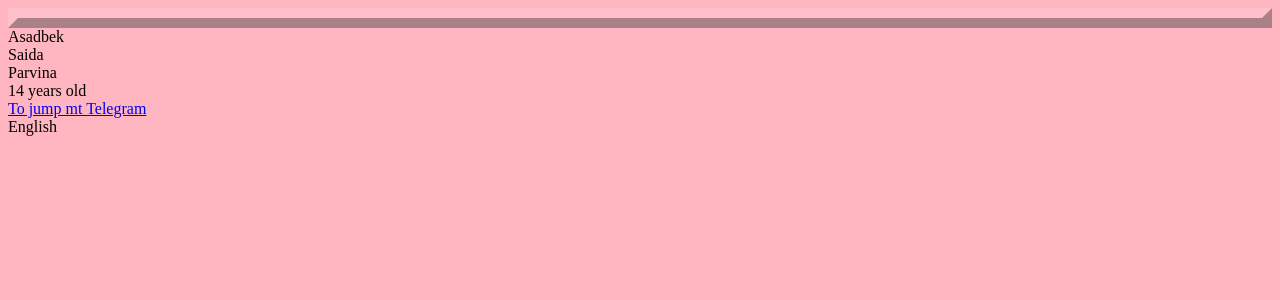
Repository: KHANas02/live-stream
Page: contact.html
The author's editor kept a copy of each file at every save. The page is drawn from the files as they stood at one save, then again after a run of saves.
The browser window is 1280 px wide. The pictures show the whole page.

Above is the page before, as saved 2024-03-25 07:46:34.

### contact.html
<!DOCTYPE html>
<html lang="en">
  <head>
    <meta charset="UTF-8" />
    <meta name="viewport" content="width=device-width, initial-scale=1.0" />
    <title>Contact with us</title>
    <link rel="stylesheet" href="./index.html" />
  </head>
  <style>
    body {
      background-color: lightpink;
    }
    .text {
      background-repeat: no-repeat;
    }
    .avatar {
      border: 10px outset pink;
    }
  </style>
  <body>
    <div class="avatar"></div>
    <div class="text">
      Asadbek <br />
      Saida <br />
      Parvina <br />
      14 years old <br />

      <a href=" https://t.me/wzb_02">To jump mt Telegram</a> <br />

      English <br />
    </div>
  </body>
</html>

### index.html
<!DOCTYPE html>
<html lang="en">
  <head>
    <meta charset="UTF-8" />
    <head name="viewport" content="width=device-width, initial-scale=1.0">
      <title>Englify Live_stream</title>
      <link rel="stylesheet" href="./style.css" />
    </head>
    <style>
      .div1Img {
        font-size: 70px;
        font-family: serif;
        font-weight: 100;
        color: rgb(255, 0, 157);
        position: relative;
        left: 25px;
        top: 70px;
      }
      .div2 {
        font-size: 70px;
        font-family: serif;
        font-weight: 100;
        color: rgb(255, 0, 157);
        position: relative;
        left: 25px;
        top: 70px;
      }
      .div3 {
        font-size: 70px;
        font-family: serif;
        font-weight: 100;
        color: rgb(255, 0, 157);
        position: relative;
        left: 25px;
        top: 450px;
      }
    </style>
    <html>
      <body>
        <div class="div1">
          <div class="div1Img">JOIN TO OUR LIVE STREAM</div>
        </div>
        <div class="div2">
          Todat at 21:00 <br />
          Only with coffee
        </div>
        <div class="div3">
          Our on the telegram
          <br />
          @englify_asp <br />
          And join to us
        </div>
        <div class="hamburger-menu">
          <input id="menu__toggle" type="checkbox" />
          <label class="menu__btn" for="menu__toggle">
            <span></span>
          </label>

          <ul class="menu__box">
            <li><a class="menu__item" href="index.html">Главная</a></li>
            <li>
              <a class="menu__item" href="speaking.html"
                >Speaking полезная функция</a
              >
            </li>
            <li><a class="menu__item" href="group.html">участники прямой трансляции</a></li>
            <li><a class="menu__item" href="#">Блог</a></li>
            <li><a class="menu__item" href="contact.html">Контакты</a></li>
          </ul>
        </div>
      </body>
    </html>
  </head>
</html>

After the next 4 saves:
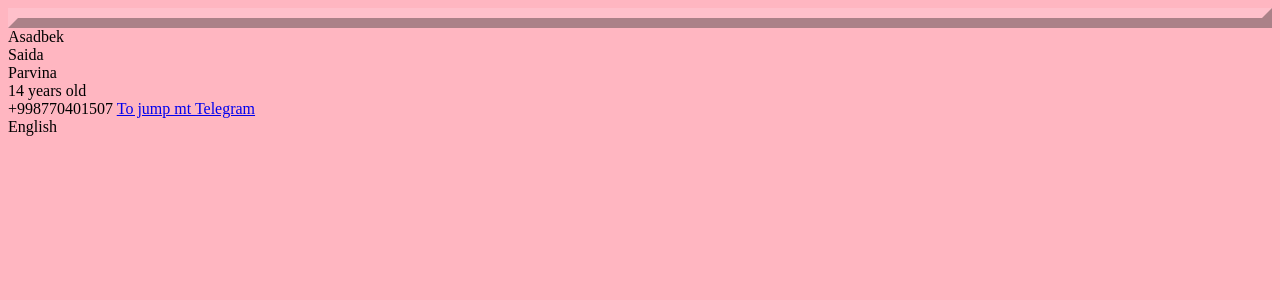
The 4 saves are shown as one change because they came seconds apart.
The last was saved 13 s later.
--- a/contact.html
+++ b/contact.html
@@ -24,7 +24,7 @@
       Saida <br />
       Parvina <br />
       14 years old <br />
-
++998770401507
       <a href=" https://t.me/wzb_02">To jump mt Telegram</a> <br />
 
       English <br />
